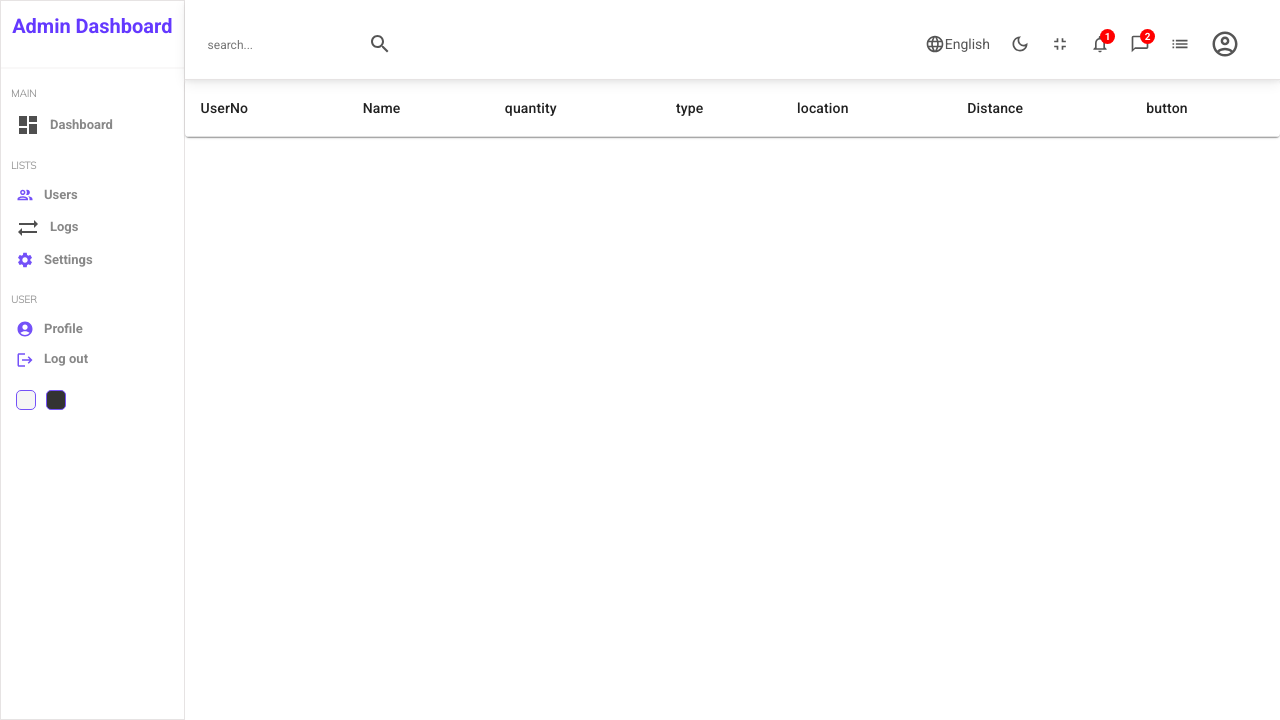
Repository: psbro/beta03_hackoverdose
Page: /dashboard/user/list (app in frontend/annaseva/)
The author's editor kept a copy of each file at every save. The page is drawn from the files as they stood at one save, then again after the next save.
The browser window is 1280 px wide. The pictures show the whole page.
The project was rebuilt for these pictures with package versions that can differ from the ones it lists, and the page was loaded fresh each time. Also part of the build but not shown: frontend/annaseva/src/Home/components/Nav.js, frontend/annaseva/src/Home/components/main_box/Main_box.jsx, frontend/annaseva/src/Home/components/main__components/Main__components.jsx, frontend/annaseva/src/Home/pages/Main.jsx, frontend/annaseva/src/Home/components/Aim/Aim__components.jsx, frontend/annaseva/src/Home/pages/Aim.jsx, frontend/annaseva/src/Home/components/gallery__components/Gallery__components.jsx, frontend/annaseva/src/Home/pages/Gallery.jsx and 41 more.

Above is the page before, as saved 2022-12-04 00:15:22.

### frontend/annaseva/src/index.js
import React from 'react';
import ReactDOM from 'react-dom/client';
import App from './App';
import 'mdb-react-ui-kit/dist/css/mdb.min.css';
import "@fortawesome/fontawesome-free/css/all.min.css";


const root = ReactDOM.createRoot(document.getElementById('root'));
root.render(
  <React.StrictMode>
    <App />
  </React.StrictMode>
);

### frontend/annaseva/src/App.js
import React from "react";
import {
  BrowserRouter, Routes, Route } from "react-router-dom";
import Home from "./Home/Home";
import Auth from "./auth/Auth";
import Dashboard from "./dashboard/Dashboard";
import Dashboard__user from "./dashboard__user/Dashboard__user";
import PredictorForm from "./Home/components/PredictorForm";
import List from "../src/dashboard/pages/list/List"
const App = () => {

  return (
    <BrowserRouter>
      <Routes>
        <Route path="/*" element={<Home />} />
        <Route exact path="/dashboard/user" element={<Dashboard />} />
        <Route exact path="/dashboard/user/list" element={<List />} />
        <Route exact path="/dashboard/admin" element={<Dashboard__user />} />
        <Route exact path="/auth" element={<Auth />} />
        <Route exact path="/predictor_form" element={<PredictorForm />} />
      </Routes>
    </BrowserRouter>
  );
};

export default App;

### frontend/annaseva/src/dashboard/pages/list/List.jsx
import React from 'react'
import './List.scss'
import Sidebar from "../../components/sidebar/Sidebar"
import Nav from "../../components/navbar/Nav"
import TableX from '../../components/Table/Table'

const List = () => {
  return (
    <div className="list">
      <Sidebar />
      <div className="listContainer">
        <Nav />
        <TableX/>
      </div>
    </div>
  )
}

export default List

### frontend/annaseva/src/Home/Home.scss
// Imports
 @import url('https://fonts.googleapis.com/css2?family=Abril+Fatface&family=DM+Sans:ital,wght@0,400;0,500;0,700;1,400;1,500&family=Lato:wght@400;700&family=Lobster&family=Montserrat:ital,wght@0,100;0,300;0,400;0,800;1,100&family=Mulish:wght@200&family=Noto+Sans:ital,wght@1,200&family=Nunito:ital,wght@0,200;0,300;0,400;0,500;0,700;0,800;0,900;1,200;1,300;1,400;1,500;1,600;1,700;1,800;1,900&family=Oswald:wght@200;300;400&family=PT+Serif&family=Poppins:ital,wght@0,200;0,600;1,500&family=Quicksand:wght@300;400;500;600;700&family=Roboto:ital,wght@0,100;0,300;0,400;1,300&family=Spline+Sans:wght@300&display=swap');

// Variables
$heading: 'Roboto', sans-serif;
$sub-heading:  'Mulish', sans-serif;
$button: "Saira Condensed",
sans-serif;



:root {
    --heading-size      : 64px;
    --sub-heading-size  : 20px;
    // --main-color: #edbb5f;
    --main-color        : #8D775F;

    // --secondary-color: #644204;
    --secondary-color   : #F1F0CC;
    --black             : #fff;
    --white             : #8D775F;
    --side-margin       : 10%;
    --top-margin        : 5%;
    --para-text         : #e5e5e5;

    // --secondary-color: #002626;
    // --secondary-color: #644204;
    // --main-color: #f0f7ee;
    // --main-color: #edbb5f;
    --duration    : 1s;
    --nav-duration: calc(var(--duration) / 4);
    --ease        : cubic-bezier(0.215, 0.61, 0.355, 1);
    --space       : 1rem;
    --font-primary: $sub-heading;
    --font-heading: $heading;
    --font-size   : 1.125rem;
    --line-height : 1.5;

    @media screen and (max-width: 768px) {
        --side-margin: 5%;
    }
}

// Initialisation
* {
    margin    : 0;
    padding   : 0;
    box-sizing: border-box;
}

body {
    position        : relative;
    width           : 100%;
    min-height      : 100vh;
    overflow-x      : hidden;
    color           : var(--black);
    background-color: var(--white);
}

main {
    position: relative;
    width   : 100%;
}

h1 {
    font-family   : $heading;
    font-weight   : 700;
    text-transform: uppercase;
    font-size     : var(--heading-size);
    line-height   : 1.4em;

    @media screen and (max-width: 768px) {
        font-size: calc(var(--heading-size) * 0.6);
    }
}

h3 {
    font-family   : $sub-heading;
    font-weight   : 700;
    text-transform: uppercase;
    font-size     : var(--sub-heading-size);
    letter-spacing: 2px;
    line-height   : 1.8em;
}

p {
    font-family: $sub-heading;
    font-weight: 400;
    font-size  : var(--sub-heading-size);
    line-height: 1.8em;
}

@mixin button-style($color, $text-color) {
    border     : 3px solid $color;
    width      : 180px;
    height     : 50px;
    display    : grid;
    place-items: center;
    color      : var(--white);
    font-size  : var(--sub-heading-size);
    font-family: $button;
    margin-left: auto;
}

$green : #fca311;

// ::-webkit-scrollbar {
//     background: rgba($green, 0.2);
//     height    : 16px;
//     width     : 16px;

//     &:disabled {
//         background: transparent;
//     }
// }

// ::-webkit-scrollbar-track {
//     height: 20px;
//     width : 20px;
// }

// ::-webkit-scrollbar-thumb {
//     background   : rgba($green, 0.8);
//     border-radius: 20px;

//     &:hover {
//         background: rgba($green, 0.9);
//     }

//     &:active {
//         background: rgba($green, 1);
//     }
// }

// ::-webkit-scrollbar-thumb:window-inactive {
//     background: rgba($green, 0.2);
// }

### frontend/annaseva/src/dashboard/components/sidebar/Sidebar.jsx
import React from 'react'
import './Sidebar.scss'
import DashboardIcon from '@mui/icons-material/Dashboard';
import PeopleOutlineOutlinedIcon from '@mui/icons-material/PeopleOutlineOutlined';
import ProductionQuantityLimitsIcon from '@mui/icons-material/ProductionQuantityLimits';
import DeliveryDiningIcon from '@mui/icons-material/DeliveryDining';
import QueryStatsIcon from '@mui/icons-material/QueryStats';
import CircleNotificationsIcon from '@mui/icons-material/CircleNotifications';
import SettingsSystemDaydreamIcon from '@mui/icons-material/SettingsSystemDaydream';
import SyncAltIcon from '@mui/icons-material/SyncAlt';
import SettingsIcon from '@mui/icons-material/Settings';
import AccountCircleIcon from '@mui/icons-material/AccountCircle';
import LogoutIcon from '@mui/icons-material/Logout';
import SensorDoorIcon from '@mui/icons-material/SensorDoor';
import { Link } from 'react-router-dom';

const Sidebar = () => {
    return (

        <div className="sidebar">

            <div className="top">

                <Link to="/" style={{ textDecoration: "none" }}>
                    <span className="logo">Admin Dashboard</span>
                </Link>

            </div>

            <hr />

            <div className="center">
                <ul>
                    <p className="title">MAIN</p>
                    <li>
                        <DashboardIcon />
                        <span>Dashboard</span>
                    </li>
                    <p className="title">LISTS</p>

                    <Link to="/dashboard/user/list" style={{ textDecoration: "none" }}>
                        <li>
                            <PeopleOutlineOutlinedIcon className="icon" />
                            <span>Users</span>
                        </li>
                    </Link>





                    {/* <li>
                        <CircleNotificationsIcon className="icon" />
                        <span>Notifications</span>
                    </li> */}




                    <li>
                        <SyncAltIcon />
                        <span>Logs</span>
                    </li>

                    <li>
                        <SettingsIcon className="icon" />
                        <span>Settings</span>
                    </li>

                    <p className="title">USER</p>

                    <li>
                        <AccountCircleIcon className="icon" />
                        <span>Profile</span>
                    </li>

                    <li>
                        <LogoutIcon className="icon" />
                        <span>Log out</span>
                    </li>
                </ul>
            </div>

            <div className="bottom">
                <div className="colorOption"></div>
                <div className="colorOption"></div>
            </div>

        </div>

    )
}

export default Sidebar

### frontend/annaseva/src/dashboard/components/navbar/Nav.jsx
import React from 'react'
import './Nav.scss'
import SearchIcon from '@mui/icons-material/Search';
import LanguageIcon from '@mui/icons-material/Language';
import DarkModeOutlinedIcon from '@mui/icons-material/DarkModeOutlined';
import FullscreenExitOutlinedIcon from '@mui/icons-material/FullscreenExitOutlined';
import NotificationsNoneOutlinedIcon from '@mui/icons-material/NotificationsNoneOutlined';
import ChatBubbleOutlineOutlinedIcon from '@mui/icons-material/ChatBubbleOutlineOutlined';
import ListOutlinedIcon from '@mui/icons-material/ListOutlined';
import AccountCircleOutlinedIcon from '@mui/icons-material/AccountCircleOutlined';


const Nav = () => {
  return (
    <div className="navbar">
      <div className="wrapper">

        <div className="search">
          <input type="text" placeholder='search...' />
          <SearchIcon className="icon" />
        </div>

        <div className="items">

          <div className="item">
            <LanguageIcon className="icon" />
            English
          </div>

          <div className="item">
            <DarkModeOutlinedIcon className="icon" />
          </div>

          <div className="item">
            <FullscreenExitOutlinedIcon className="icon" />
          </div>

          <div className="item">
            <NotificationsNoneOutlinedIcon className="icon" />
            <div className="counter">1</div>
          </div>

          <div className="item">
            <ChatBubbleOutlineOutlinedIcon className="icon" />
            <div className="counter">2</div>
          </div>

          <div className="item">
            <ListOutlinedIcon className="icon" />
          </div>

          <div className="item">
            <AccountCircleOutlinedIcon className="avatar" />
          </div>


        </div>


      </div>
    </div>
  )
}

export default Nav

### frontend/annaseva/src/dashboard/components/Table/Table.jsx
import React from 'react'
import './table.scss'
import Table from '@mui/material/Table';
import TableBody from '@mui/material/TableBody';
import TableCell from '@mui/material/TableCell';
import TableContainer from '@mui/material/TableContainer';
import TableHead from '@mui/material/TableHead';
import TableRow from '@mui/material/TableRow';
import Paper from '@mui/material/Paper';
import axios from 'axios';
import { useEffect } from 'react';
import { Pending } from '@mui/icons-material';
import Button from '@mui/material/Button';





const TableX = (props) => {

    const [data, setData] = React.useState([]);
    const loadData = async () => {
        // let long = {
        //     longitude: props.longitude,
        //     latitude: props.latitude
        // }
        // let info = await axios.post(`http://localhost:8000/donor/getreceiver`, long);
        // setData(info.data);
        // console.log(data)
    }
    const handledonate= async (data)=>{
        alert(data)
        alert(props.donorNo)
        let long = {
            receiverNo: data,
            donorNo: props.donorNo
        }
        let long1 = {
            isDonate: "Yes",
            donorNo: props.donorNo
        }
        let info = await axios.put(`http://localhost:8000/receiver/update`, long);
        let info2 = await axios.put(`http://localhost:8000/donor/update`, long1);
        alert("updated sucessfully")
        window.location.reload();

    }
    useEffect(() => {
        loadData()
    }, '')

    return (
        <div className='table'>
            <TableContainer component={Paper} className="table">
                <Table sx={{ minWidth: 650 }} aria-label="simple table">
                    <TableHead>
                        <TableRow>
                            <TableCell className='tableCell'>UserNo</TableCell>
                            <TableCell className='tableCell'>Name</TableCell>
                            <TableCell className='tableCell'>quantity</TableCell>
                            <TableCell className='tableCell'>type</TableCell>
                            <TableCell className='tableCell'>location</TableCell>
                            {/* <TableCell className='tableCell'>Payment Method</TableCell> */}
                            <TableCell className='tableCell'>Distance</TableCell>

                            <TableCell className='tableCell'>button</TableCell>
                        </TableRow>
                    </TableHead>
                    <TableBody>
                        {data.map((row) => (
                            <TableRow
                                key={row.id}
                            >
                                {/* <TableCell>{row.id}</TableCell> */}
                                <TableCell className='tableCell'>{row.userNo}</TableCell>
                                <TableCell className='tableCell'>{row.name}</TableCell>
                                <TableCell className='tableCell'>{row.quantity}</TableCell>

                                <TableCell className='tableCell'>{row.type}</TableCell>
                                <TableCell className='tableCell'>{row.location}</TableCell>
                                <TableCell className='tableCell'>{row.distance}</TableCell>
                                <TableCell className='tableCell'>
                                    <Button variant="contained" onClick={()=>handledonate(row.receiverNo)} >Donate</Button>

                                    {/* {row.isVerify=="No" && <span className={`status Pending`}>Pending</span>}
                                    {row.isVerify=="Yes" && <span className={`status Approved`}>Approved</span>} */}
                                    {/* <span className={`status Pending`}>{row.isVerify}</span> */}
                                </TableCell>
                            </TableRow>
                        ))}
                    </TableBody>
                </Table>
            </TableContainer>
        </div>
    )
}

export default TableX;

### frontend/annaseva/src/dashboard/components/sidebar/Sidebar.scss
.sidebar {
    flex            : 1;
    border          : 0.5px solid rgb(230, 227, 227);
    min-height      : 100vh;
    background-color: white;

    .top {
        height         : 50px;
        display        : flex;
        justify-content: center;
        align-items    : center;

        .logo {
            font-size  : 20px;
            font-weight: bold;
            color      : #6439ff
        }
    }

    hr {
        height: 0;
        border: 0.5px solid rgb(230, 227, 227);
    }

    .center {
        padding-left: 10px;

        ul {
            list-style: none;
            margin    : 0;
            padding   : 0;

            .title {
                font-size    : 10px;
                font-weight  : bold;
                color        : #999;
                margin-top   : 15px;
                margin-bottom: 5px;
            }

            li {
                display    : flex;
                align-items: center;
                padding    : 5px;
                cursor     : pointer;

                &:hover {
                    background-color: #ece8ff;
                }

                .icon {
                    font-size: 18px;
                    color    : #7451f8;
                }

                span {
                    font-size  : 13px;
                    font-weight: bold;
                    color      : #888;
                    margin-left: 10px;
                }
            }
        }
    }

    .bottom {
        display    : flex;
        align-items: center;
        margin     : 10px;

        .colorOption {
            margin       : 5px;
            height       : 20px;
            width        : 20px;
            border-radius: 5px;
            border       : 1px solid #7451f8;
            cursor       : pointer;

            &:nth-child(1) {
                background-color: whitesmoke;
            }

            &:nth-child(2) {
                background-color: #333;
            }

            &:nth-child(3) {
                background-color: darkblue;
            }
        }

    }


}

### frontend/annaseva/src/dashboard/components/navbar/Nav.scss
.navbar {
    height       : 80px;
    border-bottom: 0.5px solid rgb(230, 227, 227);
    display      : flex;
    align-items  : center;
    color        : #555;
    font-size    : 14px;

    .wrapper {
        padding        : 20px;
        display        : flex;
        align-items    : center;
        width          : 100%;
        justify-content: space-between;

        .search {
            display    : flex;
            align-items: center;
            border     : 0.5px lightgray;
            padding    : 3px;

            input {
                border : none;
                outline: none;
                background: transparent;

                &::placeholder{
                    font-size: 12px;
                }
            }
        }

        .items {
            display: flex;
            align-items: center;

            .item{
                display: flex;
                align-items: center;
                margin-right: 20px;
                position: relative;

                .icon{
                    font-size: 20px;
                }

                .avatar{
                    width: 30px;
                    height: 30px;
                }

                .counter{
                    width: 15px;
                    height: 15px;
                    background-color: red;
                    border-radius: 50%;
                    color: white;
                    display: flex;
                    align-items: center;
                    justify-content: center;
                    font-size: 10px;
                    font-weight: bold;
                    position: absolute;
                    top: -5px;
                    right: -5px;
                }
            }
        }
    }
}

### frontend/annaseva/src/dashboard__user/components/navbar/Nav.scss
.navbar {
    height       : 80px;
    border-bottom: 0.5px solid rgb(230, 227, 227);
    display      : flex;
    align-items  : center;
    color        : #555;
    font-size    : 14px;

    .wrapper {
        padding        : 20px;
        display        : flex;
        align-items    : center;
        width          : 100%;
        justify-content: space-between;

        .search {
            display    : flex;
            align-items: center;
            border     : 0.5px lightgray;
            padding    : 3px;

            input {
                border : none;
                outline: none;
                background: transparent;

                &::placeholder{
                    font-size: 12px;
                }
            }
        }

        .items {
            display: flex;
            align-items: center;

            .item{
                display: flex;
                align-items: center;
                margin-right: 20px;
                position: relative;

                .icon{
                    font-size: 20px;
                }

                .avatar{
                    width: 30px;
                    height: 30px;
                }

                .counter{
                    width: 15px;
                    height: 15px;
                    background-color: red;
                    border-radius: 50%;
                    color: white;
                    display: flex;
                    align-items: center;
                    justify-content: center;
                    font-size: 10px;
                    font-weight: bold;
                    position: absolute;
                    top: -5px;
                    right: -5px;
                }
            }
        }
    }
}

### frontend/annaseva/src/dashboard__user/components/sidebar/Sidebar.scss
.sidebar {
    flex            : 1;
    border          : 0.5px solid rgb(230, 227, 227);
    min-height      : 100vh;
    background-color: white;

    .top {
        height         : 50px;
        display        : flex;
        justify-content: center;
        align-items    : center;

        .logo {
            font-size  : 20px;
            font-weight: bold;
            color      : #6439ff
        }
    }

    hr {
        height: 0;
        border: 0.5px solid rgb(230, 227, 227);
    }

    .center {
        padding-left: 10px;

        ul {
            list-style: none;
            margin    : 0;
            padding   : 0;

            .title {
                font-size    : 10px;
                font-weight  : bold;
                color        : #999;
                margin-top   : 15px;
                margin-bottom: 5px;
            }

            li {
                display    : flex;
                align-items: center;
                padding    : 5px;
                cursor     : pointer;

                &:hover {
                    background-color: #ece8ff;
                }

                .icon {
                    font-size: 18px;
                    color    : #7451f8;
                }

                span {
                    font-size  : 13px;
                    font-weight: bold;
                    color      : #888;
                    margin-left: 10px;
                }
            }
        }
    }

    .bottom {
        display    : flex;
        align-items: center;
        margin     : 10px;

        .colorOption {
            margin       : 5px;
            height       : 20px;
            width        : 20px;
            border-radius: 5px;
            border       : 1px solid #7451f8;
            cursor       : pointer;

            &:nth-child(1) {
                background-color: whitesmoke;
            }

            &:nth-child(2) {
                background-color: #333;
            }

            &:nth-child(3) {
                background-color: darkblue;
            }
        }

    }


}

Loaded but not shown: frontend/annaseva/public/index.html (common file); frontend/annaseva/src/dashboard/pages/list/List.scss (common file)

After the next save:
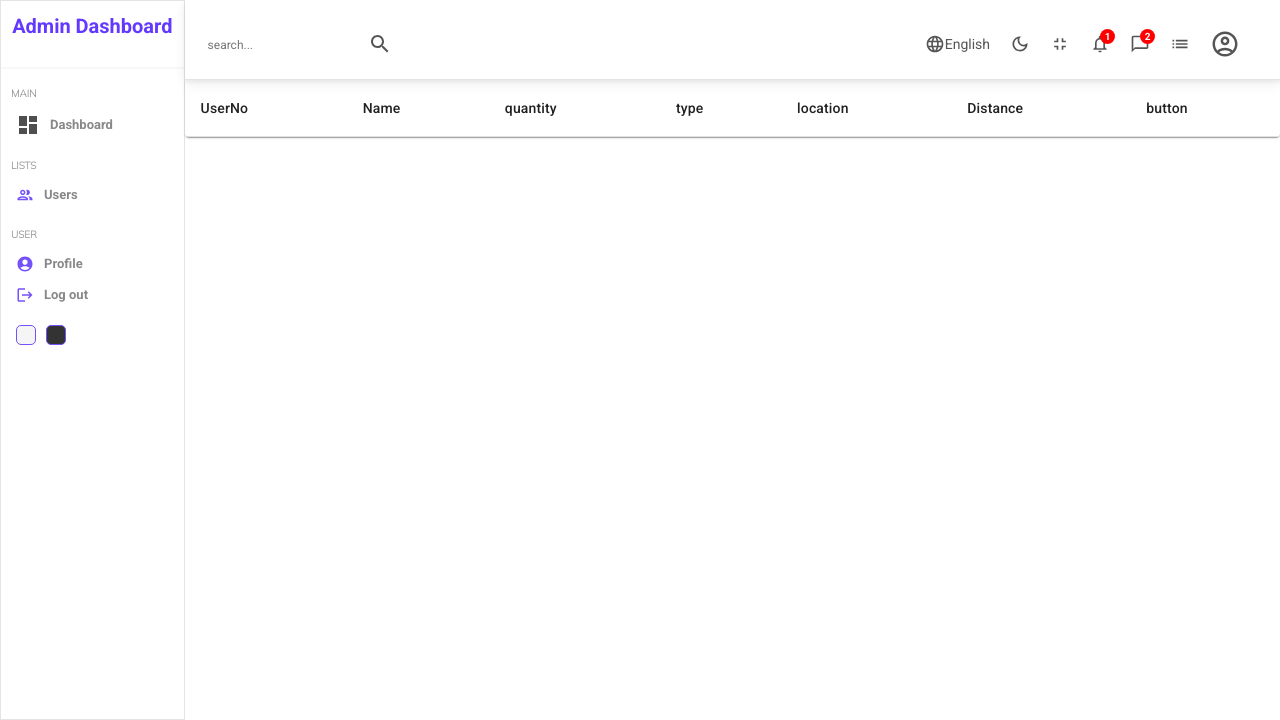
Saved 21 s later.
--- a/frontend/annaseva/src/dashboard/components/sidebar/Sidebar.jsx
+++ b/frontend/annaseva/src/dashboard/components/sidebar/Sidebar.jsx
@@ -56,17 +56,6 @@ const Sidebar = () => {
 
 
 
-
-                    <li>
-                        <SyncAltIcon />
-                        <span>Logs</span>
-                    </li>
-
-                    <li>
-                        <SettingsIcon className="icon" />
-                        <span>Settings</span>
-                    </li>
-
                     <p className="title">USER</p>
 
                     <li>
